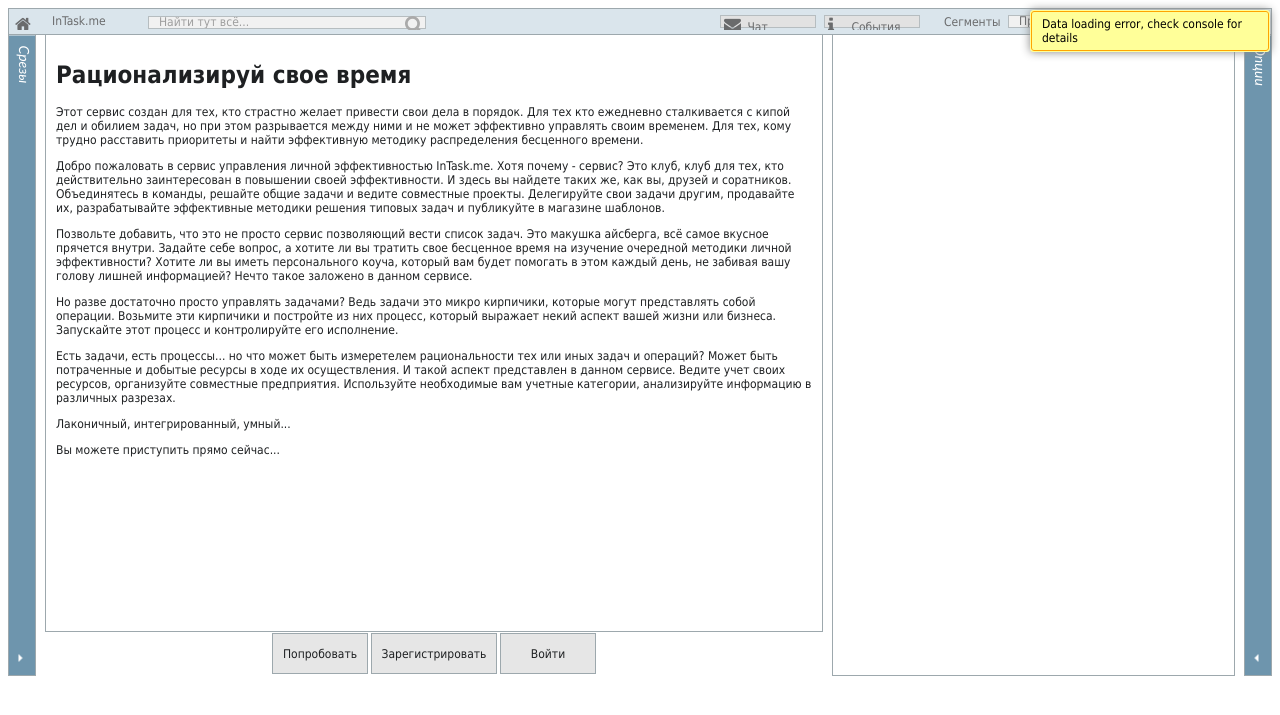
Repository: Startdoid/fnsc
Page: client/index.html
The author's editor kept a record of every edit. The page is drawn from the files as they stood at one moment, then again after the next edit.
The browser window is 1280 px wide. The pictures show the whole page.
The page's requests for data from a server got no answer.

Above is the page before.
Console error (its wording comes from the project's code and is left out).

### client/index.html
<!doctype html>
<html>
  <head>
    <meta content="charset=UTF-8" />
    <link rel="stylesheet" type="text/css" href="css/style.css" />
    <title>InTask.me</title>

    <script type="text/javascript" src="js/jquery.min.js"></script>
		<script type="text/javascript" src="js/underscore.js"></script>
		<script type="text/javascript" src="js/backbone.js"></script>

    <script type="text/javascript" src="codebase/webix_debug.js" charset="utf-8"></script>
    <link href="codebase/skins/web.css" rel="stylesheet" type="text/css">

    <script type="text/javascript" src="js/main.js"></script>
  </head>

  <style>
  	div.friend_avatar {
		  width: 120px;
		  float: left;
	  }
	 	div.friend_avatar img {
	  	border: none;
	  }

  	div.friend_info span {
  		display: block;
  		width: 64px;
  		font-weight: bold;
  		float: left;
  	}
  	.friend_info, .friend_avatar {
  		padding:8px;
  		line-height: 21px;
  	}
  	.mainSelector .webix_list_item {
	    line-height:50px;
    }
    .bless {
      border: none;
    }
  </style>

  <body>
		<div id="masterframe"></div>
		<div id="headerframe"></div>
		<div id="greetingframe"></div>
		<div id="centralframe"></div>
		<div id="registerframe"></div>
		<div id="loginframe"></div>
		<div id="userframe"></div>
		<div id="leftframe" style='width:20%'></div>
		<div id="rightframe" style='width:20%'></div>

		<div id="sliceframe" style='width:20%'></div>

		<div id="slicegroupsframe"></div>
		<div id="gridgroupsframe"></div>
		<div id="sliceusersframe"></div>
		<div id="sliceprojectsframe"></div>
		<div id="inslicegroups"></div>
		<div id="slicetagsframe"></div>

		<div id="userframe_profile_friendlist"></div>

		<div id="loginForm"></div>

		<div id="friendlist_template" style='display:none'>
  		<div class='friend_avatar'>
  			<img src='img/avatars/#img#'/>
  		</div>
  		<div class='friend_info'>
  			<div><span>Name:</span>#name#</div>
  			<div><span>Email:</span>#email#</div>
  		</div>
  	</div>

    <script type="text/javascript" charset="utf-8">
      var webix = window.webix;
	    window.App = {
	      //user
  	    Frame:      {},//webix cfg frame
        Models:     {},//backbone models
        WebixViews: {},//webix views in views dir with
        Views:      {},//backbone views in views dir
        Collections:{},//backbone collections in collection dir
        Trees:      {},
        WinSize:    {pageWidth:0, pageHeight:0, windowWidth:0, windowHeight:0}
       // Routes:     {} //backbone routes in main.js
      };

      window.App.GetWinSize = function() {
        var xScroll, yScroll;
        if (window.innerHeight && window.scrollMaxY) {
          xScroll = document.body.scrollWidth;
          yScroll = window.innerHeight + window.scrollMaxY;
        } else if (document.body.scrollHeight > document.body.offsetHeight){ // all but Explorer Mac
          xScroll = document.body.scrollWidth;
          yScroll = document.body.scrollHeight;
        } else if (document.documentElement && document.documentElement.scrollHeight > document.documentElement.offsetHeight){ // Explorer 6 strict mode
          xScroll = document.documentElement.scrollWidth;
          yScroll = document.documentElement.scrollHeight;
        } else { // Explorer Mac...would also work in Mozilla and Safari
          xScroll = document.body.offsetWidth;
          yScroll = document.body.offsetHeight;
        }

        var windowWidth, windowHeight;
        if (window.self.innerHeight) { // all except Explorer
          windowWidth = window.self.innerWidth;
          windowHeight = window.self.innerHeight;
        } else if (document.documentElement && document.documentElement.clientHeight) { // Explorer 6 Strict Mode
          windowWidth = document.documentElement.clientWidth;
          windowHeight = document.documentElement.clientHeight;
        } else if (document.body) { // other Explorers
          windowWidth = document.body.clientWidth;
          windowHeight = document.body.clientHeight;
        }

        var pageHeight, pageWidth;
        // for small pages with total height less then height of the viewport
        if(yScroll < windowHeight){
          pageHeight = windowHeight;
        } else {
          pageHeight = yScroll;
        }

        // for small pages with total width less then width of the viewport
        if(xScroll < windowWidth){
          pageWidth = windowWidth;
        } else {
          pageWidth = xScroll;
        }

        window.App.WinSize = { 'pageWidth':pageWidth, 'pageHeight':pageHeight, 'windowWidth':windowWidth, 'windowHeight':windowHeight };
      }();

      webix.ui.fullScreen();
			webix.ready(implementFunction);
    </script>
    <script type="text/javascript" src='js/models/task.js'></script>
    <script type="text/javascript" src='js/models/user.js'></script>
    <script type="text/javascript" src='js/models/group.js'></script>
    <script type="text/javascript" src='js/collections/tasks.js'></script>
    <script type="text/javascript" src='js/collections/groups.js'></script>
    <script type="text/javascript" src='js/views/dview.js'></script>
    <script type="text/javascript" src='js/views/wmasterview.js'></script>
  </body>
</html>

### client/js/main.js
//блок, который исполнит вебикс когда все загрузит
var implementFunction = (function() {
  var App = window.App;
  var webix = window.webix;
  var Backbone = window.Backbone;

  var showInterface = function(enable) {
    $$("sliceframe").define("collapsed", !enable);
    if(enable) $$("sliceframe").enable(); else $$("sliceframe").disable();
    $$("sliceframe").refresh();

    $$("optionsframe").define("collapsed", !enable);
    if(enable) $$("optionsframe").enable(); else $$("optionsframe").disable();
    $$("optionsframe").refresh();

    if(enable) $$("headerframe").enable(); else $$("headerframe").disable();
    $$("headerframe").refresh();
  };

  //создадим экземпляр бакбоновского роутера, который будет управлять навигацией на сайте
	App.Router = new (Backbone.Router.extend({
	  //слева роут, косая в скобках означает, что роут может быть как с косой чертой на конце, так и без нее
	  //справа функция, которая вызовется для соответствующего роута
		routes:{
			"login(/)":"login",
			"logout(/)":"logout",
			"register(/)":"register",
			"groups(/)":"groups",
			"tasks(/)":"tasks",
			"users(/)":"users",
			'home(/)':"home",
			'':"index"
		},
		//home выбрасывает в корень
		home:function() {
		  this.navigate('', {trigger: true});
		},
		//корень приложения
		index:function() {
		  if(App.User.get('id') === 0) {
        var promise = webix.ajax().get('api/logged', {}, function(text, data) {
          App.User.set('usrLogged', data.json().usrLogged);
          App.User.set('id', data.json().id);
          interfaceSelector();
	      });

        promise.then(function(realdata){}).fail(function(err) {
          connectionErrorShow(err);
        });
		  } else {
		    interfaceSelector();
		  }
		},
		groups:function() {
		  this.navigate('', {trigger: true});
		},
		tasks:function() {
		  this.navigate('', {trigger: true});
		},
		users:function() {
		  this.navigate('', {trigger: true});
		},
		login:function() {
      showInterface(false);
	    $$('loginframe').show();
		},
		logout:function() {
      var promise = webix.ajax().put("api/logout", { id: App.User.id });

      promise.then(function(realdata) {
        defaultState();
        App.Router.navigate('', {trigger: true});
      }).fail(function(err){
        connectionErrorShow(err);
      });
		},
		register:function() {
	    //Меняем окно приветствия, на окно регистрации
      showInterface(false);
	    $$('registerframe').show();
		}
	}))();

	//***************************************************************************
	//AFTER FETCH FUNCTIONs
  var showUserDataAfterFetch = function(User, response, options) {
    showInterface(true);

    $$('userframe').show();
    $$("userframe").hideProgress();

    $$("optionsframe_views_userprofile").show();

    App.Collections.Groups.fetch({ success: showGroupDataAfterFetch });
  };

  var showGroupDataAfterFetch = function(Groups, response, options) {
    App.Trees.GroupTree.treeBuild(App.Collections.Groups.models);

    $$('ingrid_groupframe').load('GroupData->load');
    $$('slicegroups').load('GroupData->load');
  };

  var showTaskDataAfterFetch = function(Tasks, response, options) {
    App.Trees.TaskTree.treeBuild(App.Collections.Tasks.models);

    $$('ingrid_taskframe').load('TaskData->load'); //!!!!!!!!!!!!!!!!!!!!!
  };

  //***************************************************************************
  //INTERFACE MANIPULATION
  var interfaceSelector = function() {
    //если пользователь залогинился
  	if(App.User.get('usrLogged')) {
  	  //Отрисовка интерфейса в зависимости от выбранного сегмента
  	  showInterface(true);
  	  switch(App.User.get('thisSegment')) {
        case 'users':
       	  $$("userframe").showProgress({
            type:"icon",
            delay:500
          });

          App.User.url = '/api/users/' + App.User.get('id');
          App.User.fetch({ success: showUserDataAfterFetch });

          break;
        case 'groups':
          App.Collections.Groups.fetch({ success: showGroupDataAfterFetch });
          $$('groupframe').show();
          break;
        case 'tasks':
          App.Collections.Tasks.fetch({ success: showTaskDataAfterFetch });
          $$('taskframe').show();
          break;
        case 'templates':
          // code
          break;
        case 'finances':
          break;
        case 'process':
          // code
          break;
        case 'files':
          // code
          break;
        case 'notes':
          // code
          break;
  	  }
  	} else {
  	  showInterface(false);
  	  $$('greetingframe').show();
  	} //if(App.User.usrLogged)
  };

  var connectionErrorShow = function(err) {
    if(err.status === 434) {
      defaultState();
      App.Router.navigate('', {trigger: true});
    }
    webix.message({type:"error", text:err.responseText});
  };

  //***************************************************************************
  //INIT FUNCTIONs
  var UserModelInit = function() {
    //Инициализируем глобальный объект пользователя со всеми настройками приложения
  	App.User = new App.Models.User();

  	//Привязываем события которые будут обрабатываться User model
  	App.User.on('change:thisSegment', function() {
  	});

  	App.User.on('change:thisTry', function() {
  	  //App.Router.navigate('home', {trigger:true} );
  	});

  	App.User.on('change:this_ingrid_groupframe_ItemSelected', function() {
  	  //console.log(App.User.get('this_ingrid_groupframe_ItemSelected') + " item select");
  	});
  };

  var GroupModelInit = function() {
  	App.Trees.GroupTree = new treeManager();

  	App.Collections.Groups = new collectionGroups();

  	App.Collections.Groups.on('add', function(grp) {
  	  App.Trees.GroupTree.treeAdd(grp);
  	});

  	App.Collections.Groups.on('remove', function(ind) {
  	  App.Trees.GroupTree.treeRemove(ind);
  	});

    App.Collections.Groups.on('change', function(model, options) {
      App.Trees.GroupTree.treeChange(model);
      model.save();
    });

    App.Collections.Groups.on('move', function(currentPosId, newPosId, parentId) {
      App.Trees.GroupTree.move(currentPosId, newPosId, parentId);
    });
  };

  var TaskModelInit = function() {
    App.Trees.TaskTree = new treeManager();

    App.Collections.Tasks = new collectionTasks();

    App.Collections.Tasks.on('add', function(tsk) {
      App.Trees.TaskTree.treeAdd(tsk);
    });

  	App.Collections.Tasks.on('remove', function(ind) {
  	  App.Trees.TaskTree.treeRemove(ind);
  	});

    App.Collections.Tasks.on('change', function(model, options) {
      App.Trees.TaskTree.treeChange(model);
      model.save();
    });

    App.Collections.Tasks.on('move', function(currentPosId, newPosId, parentId) {
      App.Trees.TaskTree.move(currentPosId, newPosId, parentId);
    });
  };

  var defaultState = function() {
    delete App.User;
    UserModelInit();

    delete App.Trees.GroupTree;
    delete App.Collections.Groups;
    GroupModelInit();

    delete App.Trees.TaskTree;
    delete App.Collections.Tasks;
    TaskModelInit();

    $$('ingrid_taskframe').clearAll();

    $$('ingrid_groupframe').clearAll();
    $$('slicegroups').clearAll();

    $$('mnuSegments').setValue(1);
  };

  //***************************************************************************
  //TREE MANAGER
  //объект организует работу с деревьями, для того что бы линейную бэкбоновскую коллекцию
  //разворачивать в древовидную структуру и выводить в webix-овые вьюхи
	var treeManager = function (collection) {
	  //древовидный массив
	  var tree = [];
	  var views = [];

    //рекурсивный перебор
    var treeRecursively = function(branch, list) {
      if (typeof branch === 'undefined') return null;
      var tr = [];
      for(var i=0; i<branch.length; i++)
      {
          branch[i].data = treeRecursively(list[ branch[i].id ], list);
          tr.push(branch[i]);
      }
      return tr;
    };

    //функция рекурсивного обхода дерева, корень дерева представлен, как branch
    //ветка дерева содержится в массиве data корня branch т.е. branch->data[branch->data[branch->data]] и т.д.
    var recursively = function(branch, element, oper) {
      //проверка на то что корень является данными типа - объект
      if (typeof branch === 'undefined') return false;
      //проверка на то что корень не обнулен
      if (branch === null) return false;

      //Если родитель корневой элемент, то добавим в корень
      if ((oper === 'add') && (element.parent_id === 0)) {
        branch.push(element);
        return true;
      }

      for (var i = 0; i<branch.length; i++) {
        if (branch[i] === null) continue;

        if (oper === 'add') {
          if (element.parent_id === branch[i].id) {
            if ((branch[i].data === null) || (typeof branch[i].data === 'undefined')) {
              branch[i].data = [];
            }
            branch[i].data.push(element);
            return true;
          } else {
            if(recursively(branch[i].data, element, oper)) { return true }
          }
        } else {
          if (element.id === branch[i].id) {
            //var deletedElements = this.models.splice(delElementIndex, 1); ПОПРОБУЙ
            branch[i] = null;
            //delete branch[i];
            return true;
          }
          else
          {
            if(recursively(branch[i].data, element, oper)) { return true }
          }
        }
      }
    };

    this.treeBuild = function(collection) {
	    //преобразуем в линейный массив бэкбоновскую коллекцию (разворачиваем атрибуты объекта)
      var maplist = collection.map(function(object) { return object.attributes });
      if(maplist.length > 0) {
        //сгруппируем элементы массива по родителю
        var list = _.groupBy(maplist, 'parent_id');
        //рекурсивно перебирая сгруппированный массив построим дерево
        tree = treeRecursively(list[0], list);
      } else {
        tree = [];
      }
    };

    //добавление элемента в дерево, автоматическое обновление элементов во вьюхах из массива views
    this.treeAdd = function(element) {
      var result = recursively(tree, webix.copy(element.attributes), 'add');
      if(result) {
        //var currentItem = views[0].getItem(element.attributes.parent_id);
        //views[0].data.sync(tree);
        for (var i = views.length; i--; ) {
          //var insertIndex = tree.getIndexById(element.attributes.parent_id);
          views[i].add(webix.copy(element.attributes), -1, element.attributes.parent_id);
          views[i].refresh();
        }
      }
    };

    this.treeRemove = function(element) {
      var result = recursively(tree, element.attributes, 'delete');
      if(result) {
        for (var i = views.length; i--; ) {
          views[i].remove(element.attributes.id);
          views[i].refresh();
        }
      }
    };

    this.treeChange = function(element) {
      for (var i = views.length; i--; ) {
        var record = views[i].getItem(element.get('id'));
        var chgAtr = element.changedAttributes();
        var keysArr = _.keys(chgAtr);
        var valuesArr = _.values(chgAtr);
        for (var j = keysArr.length; j--; ) {
          record[keysArr[j]] = valuesArr[j];
        }
        views[i].refresh();
      }
    };

    this.move = function(currentPosId, newPosId, parentId) {
      for (var i = views.length; i--; ) {
        //var newPosIndex = views[i].getBranchIndex(newPosId, views[i].getParentId(newPosId));
        //views[i].move(currentPosId, newPosIndex, null, { parent: views[i].getParentId(newPosId) });
        //views[i].refresh();
        var newPosIndex = views[i].getBranchIndex(newPosId, parentId);
        views[i].move(currentPosId, newPosIndex, null, { parent: parentId });
        views[i].refresh();
      }
    };

    //добавление вьюхи в массив для датабиндинга
    this.viewsAdd = function(view) {
      if (typeof view === 'object')
      {
        //добавим в массив, если нет такой
        if(views.indexOf(view) === -1) {
          views.push(view);

          //обновим вновь добавленную информ��цией из дерева
          view.clearAll();
          view.parse(JSON.stringify(tree));
        }
      }
    };

    //удаление вьюхи из массива датабиндинга
    this.viewsDelete = function(view) {
      console.log('view delete');
    };

    //если при создании объекта передан не пустой параметр, то формируется дерево
	  if (typeof collection !== 'undefined')
	  {
	    this.treeBuild(collection);
	  }
  };

  //_.extend(App.Collections.Groups, Backbone.Events);
  UserModelInit();
  GroupModelInit();
  TaskModelInit();

// var userframe_profile_friendlist = {
//   view:"dataview", id:"userframe_profile_friendlist",container:"userframe_profile_friendlist",select:1,
// 	width:300, minHeight:App.WinSize.windowHeight / 100 * 85, autoheight:false,
// 	borderless:false, scroll:'y', yCount:9, xCount:1,
// 	type:{ height: 80, width:300 },
// 	template:"html->friendlist_template",
//   url:'api/userlist',
//   on: {
//     'onScroll': function(pos)
//     {
//       webix.message(pos);
//     }
//   }
// };

webix.proxy.UserListData = {
  $proxy: true,
	load: function(view, callback, details) {
		console.log(details)
		if (details){
			var data = [];
			for (var i=0; i<details.count; i++)
				data.push("x"+(i+1+details.from));

		  	//need to be async
				webix.delay(function() {
					webix.ajax.$callback(view, callback, {
						pos:details.from,
						data:data
					});
				});
		} else {
			webix.ajax.$callback(view, callback, {
				total_count:200,
				data:["1","2","3","4","5"]
			});
		}
	}
};

var userframe_profile_friendlist = {
  id:"userframe_profile_friendlist",
	container:"userframe_profile_friendlist",
	view:"dataview",
	select:1,
	autowidth:true,
	//type:{template:"{common.space()}"},
	url:["1","2","3"]
};


  //вебикс конфигурация основного окна загруженная в экземпляр объекта вебиксового менеджера окон
  //описание внизу модуля
  var masterframe = new webix.ui({
    id:"masterframe",
    container:"masterframe",
    //minHeight:App.WinSize.windowHeight / 100 * 95,
    autoheight:true,
    autowidth:true,
    cols:[{
    rows:[App.Frame.headerframe,
      {cols:[App.Frame.sliceframe, App.Frame.centralframe, userframe_profile_friendlist, App.Frame.optionsframe]}
    ]
    }]
  });
  webix.extend($$("userframe"), webix.ProgressBar);

  $$("userframe_profile_friendlist").attachEvent("onScrollY", function(pos){
            var state = $$('userframe_profile_friendlist').getScrollState();
            webix.message("The scroll coordinates: ["+state.x+","+state.y+"]");
});

  $$('ingrid_groupframe').attachEvent('onAfterEditStart', function(id) {
    App.User.set('this_ingrid_groupframe_ItemEdited', id);
  });

  $$('ingrid_groupframe').attachEvent('onAfterEditStop', function(state, editor, ignoreUpdate) {
    var ItemEdited = App.User.get('this_ingrid_groupframe_ItemEdited');
    var ItemSelected = App.User.get('this_ingrid_groupframe_ItemSelected');
    if (editor.column === 'name') {
      if(ItemEdited != ItemSelected) {
        this.getItem(ItemEdited).name = state.old;
        this.updateItem(ItemEdited);
        App.User.set('this_ingrid_groupframe_ItemEdited', null);
      } else {
        var selectGroup = App.Collections.Groups.get(App.User.get('this_ingrid_groupframe_ItemEdited'));
        selectGroup.set({ 'name': state.value });
      }
    }
  });

  $$('ingrid_taskframe').attachEvent('onAfterEditStart', function(id) {
    App.User.set('this_ingrid_taskframe_ItemEdited', id);
  });

  $$('ingrid_taskframe').attachEvent('onAfterEditStop', function(state, editor, ignoreUpdate) {
    var ItemEdited = App.User.get('this_ingrid_taskframe_ItemEdited');
    var ItemSelected = App.User.get('this_ingrid_taskframe_ItemSelected');
    if (editor.column === 'name') {
      if(ItemEdited != ItemSelected) {
        this.getItem(ItemEdited).name = state.old;
        this.updateItem(ItemEdited);
        App.User.set('this_ingrid_taskframe_ItemEdited', null);
      } else {
        var selectTask = App.Collections.Tasks.get(App.User.get('this_ingrid_taskframe_ItemEdited'));
        selectTask.set({ 'name': state.value });
      }
    }
  });
  showInterface(false);

  webix.i18n.parseFormatDate = webix.Date.strToDate("%m/%d/%Y");
  webix.event(window, "resize", function() { masterframe.adjust(); });
  Backbone.history.start({pushState: true, root: "/"});
});

//(frame)(id)(view)
//masterframe|
//->headerframe||toolbar
// ->btnHome|btnHome|button
// ->lblInTask|lblInTask|label
// ->searchMaster||search
// ->btnChat||toggle-iconButton
// ->btnEvents||toggle-iconButton
// ->mnuSegments||richselect
// ->btnSettings|btnSettings|button
//->sliceframe|sliceframe|accordion
// ->slicegroups|slicegroups|tree
// ->sliceusers|sliceusers|tree
// ->sliceprojects|sliceprojects|tree
// ->slicecategory|slicecategory|tree
// ->slicetags|slicetags|tree
//[ container:'centralframe' - в контейнере замещаются фреймы
//->greetingframe|greetingframe|
// ->||htmlform|http->greeting.html
// ->|btnTry|button
// ->|btnRegister|button
// ->|btnLogin|button
//->groupframe|groupframe|tabview
// ->|mygroups_groupframe|
//  ->grouptoolframe|grouptoolframe|toolbar
//   ->||button
//   ->||button
//  ->ingrid_groupframe|ingrid_groupframe|treetable
// ->|communitygroups_groupframe|
//  ->grouptoolframe|grouptoolframe|toolbar
//   ->||button
//   ->||button
//  ->
//]
//->optionsframe|optionsframe|accordion

//throw new TypeError('Array.prototype.some called on null or undefined')

//$$('tree').move("a13", null, null, { parent: "new parent id" });

//console.log(masterframe.getChildViews()[1].getChildViews()23);
//console.log(top.getChildViews()[1]);
//webix.ui( App.Frame.workframe, $$('masterframe'), top.getChildViews()[1].getChildViews()[1]);

//$$("mylist").attachEvent("onAfterSelect", function(id){
  //Router.navigate("films/"+id, { trigger:true });
//});

  //App.Collections.SliceGroups = new collectionGroups();
	//App.Collections.SliceGroups.fetch();
	//if(App.Collections.SliceGroups.length === 0) {
    //addDefaultGroupsModel();
	//} else {
	//  var defaultModels = App.Collections.SliceGroups.where({name: 'Default'});
	//  if(defaultModels.length === 0) {
	//    addDefaultGroupsModel();
	//  }
	//};

Loaded but not shown: client/js/jquery.min.js (library); client/codebase/webix_debug.js (library); client/js/backbone.js (1608 lines, source omitted); client/js/underscore.js (1416 lines, source omitted); client/js/views/wmasterview.js (861 lines, source omitted); client/js/collections/groups.js (153 lines, source omitted); client/js/collections/tasks.js (151 lines, source omitted); client/js/models/group.js (22 lines, source omitted); client/js/models/user.js (12 lines, source omitted); client/js/models/task.js (10 lines, source omitted); client/codebase/skins/web.css (1153 lines, source omitted); client/greeting.html (27 lines, source omitted); client/js/views/dview.js (no copy from this time; the picture is the same without it); client/css/style.css (no copy from this time; the picture is the same without it)

After the next edit:
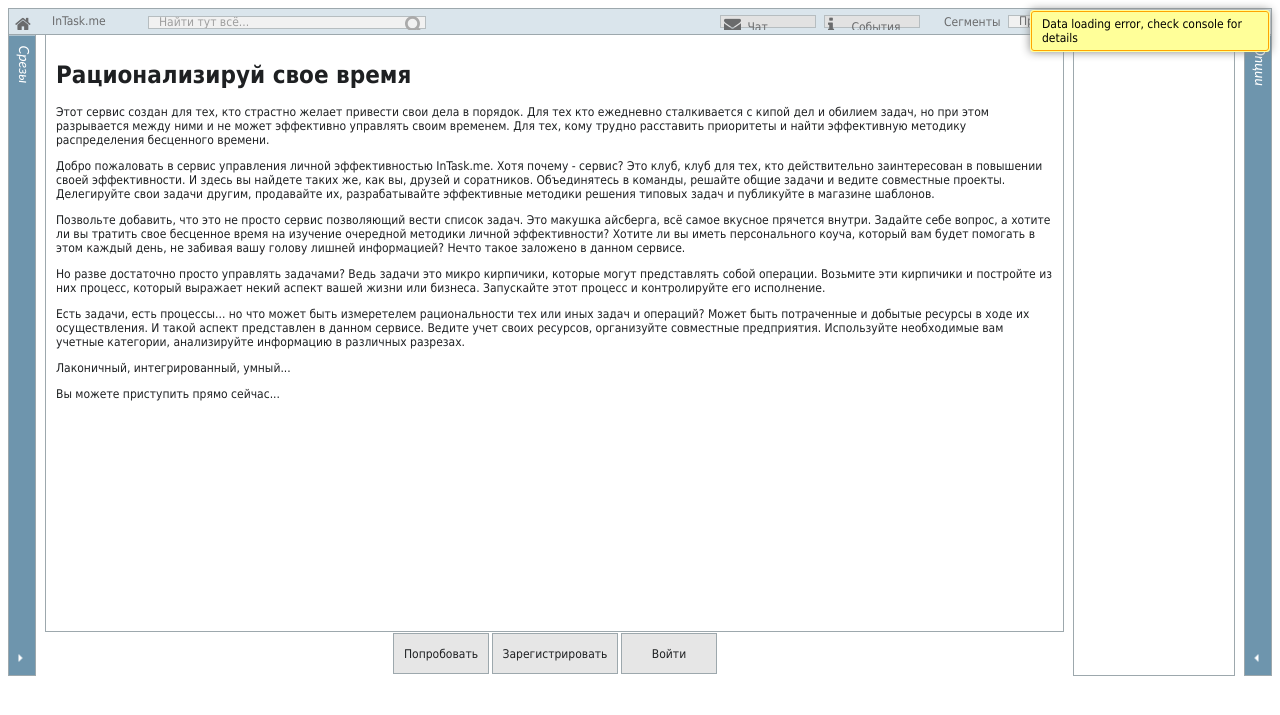
The edit:
--- a/client/js/main.js
+++ b/client/js/main.js
@@ -445,6 +445,7 @@
 
 var userframe_profile_friendlist = {
   id:"userframe_profile_friendlist",
+  yCount:9, xCount:1,
 	container:"userframe_profile_friendlist",
 	view:"dataview",
 	select:1,
